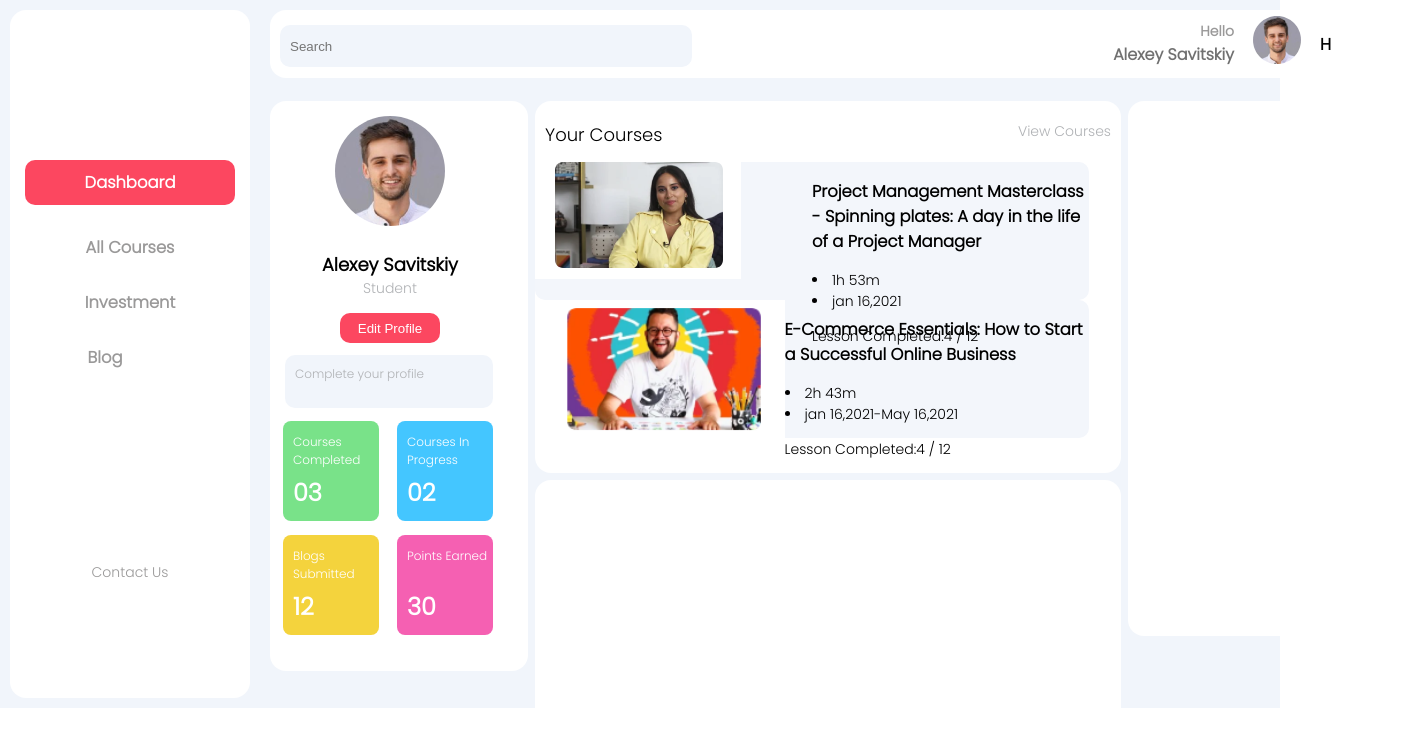
Repository: Anuruddha00/dashboard-design
Page: /
The author's editor kept a copy of each file at every save. The page is drawn from the files as they stood at one save, then again after the next save.
The browser window is 1280 px wide. The page is 1421 px wide, so the pictures cover 1421 px, including what lies to the right of the window. The pictures show the whole page.
The project was rebuilt for these pictures with package versions that can differ from the ones it lists, and the page was loaded fresh each time.

Above is the page before, as saved 2021-05-07 20:11:28.

### public/index.html
<!DOCTYPE html>
<html lang="en">
  <head>
    <meta charset="utf-8" />
    <link rel="icon" href="%PUBLIC_URL%/favicon.ico" />
    <meta name="viewport" content="width=device-width, initial-scale=1" />
    <meta name="theme-color" content="#000000" />
    <meta
      name="description"
      content="Web site created using create-react-app"
    />
    <link rel="apple-touch-icon" href="%PUBLIC_URL%/logo192.png" />

    <link rel="preconnect" href="https://fonts.gstatic.com">
    <link href="https://fonts.googleapis.com/css2?family=Poppins:wght@300&display=swap" rel="stylesheet">

    <!--
      manifest.json provides metadata used when your web app is installed on a
      user's mobile device or desktop. See https://developers.google.com/web/fundamentals/web-app-manifest/
    -->
    <link rel="manifest" href="%PUBLIC_URL%/manifest.json" />
    <!--
      Notice the use of %PUBLIC_URL% in the tags above.
      It will be replaced with the URL of the `public` folder during the build.
      Only files inside the `public` folder can be referenced from the HTML.

      Unlike "/favicon.ico" or "favicon.ico", "%PUBLIC_URL%/favicon.ico" will
      work correctly both with client-side routing and a non-root public URL.
      Learn how to configure a non-root public URL by running `npm run build`.
    -->
    <title>React App</title>
  </head>
  <body>
    <noscript>You need to enable JavaScript to run this app.</noscript>
    <div id="root"></div>
    <!--
      This HTML file is a template.
      If you open it directly in the browser, you will see an empty page.

      You can add webfonts, meta tags, or analytics to this file.
      The build step will place the bundled scripts into the <body> tag.

      To begin the development, run `npm start` or `yarn start`.
      To create a production bundle, use `npm run build` or `yarn build`.
    -->
  </body>
</html>

### src/index.js
import React from 'react';
import ReactDOM from 'react-dom';
import Dashboard from './containers/Dashboard/Dashboard';
import reportWebVitals from './reportWebVitals';

ReactDOM.render(
  <React.StrictMode>
    <Dashboard />
  </React.StrictMode>,
  document.getElementById('root')
);

// If you want to start measuring performance in your app, pass a function
// to log results (for example: reportWebVitals(console.log))
// or send to an analytics endpoint. Learn more: https://bit.ly/CRA-vitals
reportWebVitals();

### src/containers/Dashboard/Dashboard.js
import React from 'react';
import './Dashboard.scss';

const dashboard = () =>{

    return(
        <div className='container'>
            <div className='dashboard'>
                <div className='dashboardSideBar'>
                   <div className='dashboardSideBarTitle'>
                        <h3 className='dashboardSideBarTitleDashboard'>Dashboard</h3>
                        <h3 className='dashboardSideBarTitleCourses'>All Courses</h3>
                        <h3 className='dashboardSideBarTitleInvestment'>Investment</h3>
                        <h3 className='dashboardSideBarTitleBlog'>Blog</h3>
                   </div>
                   <div className='dashboardSideBarContact'>
                        <p>Contact Us</p>
                   </div>
                </div>
                <div className='dashboardMenu'>
                    <section className='content'>
                        <nav className='contentNavbar'>
                            <div className='contentNavbarSearch'>
                                <form>
                                    <input type='text' placeholder='Search'/>
                                </form>
                            </div>
                            <div className='contentNavbarProfile'>
                                <div className='contentNavbarProfileName'>
                                    <h3>Hello</h3>
                                    <h2>Alexey Savitskiy</h2>
                                </div>
                                <img src='./assets/Image 9.png'/>
                                <h1>H</h1>
                            </div>
                        </nav>

                        <div className='contentBody'>
                            <section className='details'>
                                <div className='detailsAbout'>
                                    <div className='detailsAboutProfile'>
                                        <img src='./assets/Image 12.png'/>
                                        <h3>Alexey Savitskiy</h3>
                                        <p>Student</p>
                                        <button>Edit Profile</button>
                                    </div>
                                    <div className='detailsAboutComplete'>
                                        <p>Complete your profile</p>
                                    </div>
                                    <div className='detailsAboutProgress'>
                                        <div className='detailsAboutProgressCompleted'>
                                            <p>Courses Completed</p>
                                            <h1>03</h1>
                                        </div>
                                        <div className='detailsAboutProgressContinue'>
                                            <p>Courses In Progress</p>
                                            <h1>02</h1>
                                        </div>
                                        <div className='detailsAboutProgressBlogs'>
                                            <p>Blogs Submitted</p>
                                            <h1>12</h1>
                                        </div>
                                        <div className='detailsAboutProgressPoints'>
                                            <p>Points Earned</p>
                                            <h1>30</h1>
                                        </div>
                                    </div>
                                </div>
                            </section>

                            <section className='view'>
                                <section className='courses'>
                                    <nav className='coursesNavbar'>
                                      <li className='coursesNavbarTitle'>Your Courses</li>
                                      <li className='coursesNavbarView'>View Courses</li>
                                    </nav>
                                    <div className='coursesList'>
                                        <div className='coursesListManagement'>
                                            <img src='./assets/Image 15.png'/>
                                            <div className='coursesListManagementDescription'>
                                                <h3>Project Management Masterclass - Spinning plates: A day in the life of a Project Manager</h3>
                                                <div>
                                                    <li>1h 53m</li>
                                                    <li>jan 16,2021</li>
                                                </div>
                                                <p>Lesson Completed:4 / 12</p>
                                            </div>
                                        </div>
                                        <div className='coursesListBusiness'>
                                            <img src='./assets/Image 16.png'/>
                                            <div className='coursesListBusinessDescription'>
                                                <h3>E-Commerce Essentials: How to Start a Successful Online Business</h3>
                                                <div>
                                                    <li>2h 43m</li>
                                                    <li>jan 16,2021-May 16,2021</li>
                                                </div>
                                                <p>Lesson Completed:4 / 12</p>
                                            </div>
                                        </div>
                                    </div>
                                </section>
                                <section className='blog'>

                                </section>
                            </section>

                            <section className='notification'>
                                <div className='notificationBar'>

                                </div>
                            </section>
                        </div>
                   </section>
                </div>
            </div>
        </div>
    )

}
export default dashboard;

### src/containers/Dashboard/Dashboard.scss

body{
    margin: 0;
    padding: 0;
    font-size: 0.875rem;
    font-family: 'Poppins', sans-serif;

}

.container{
    background: #f1f5fb;
    height: 100%;
    width: 100%;

    .dashboard{
        display: grid;
        grid-template-columns: 1fr 1fr;

        &SideBar{
            grid-column: 1;
            grid-row: 1 / 6;
            border-radius: 16px;
            background: #ffffff;
            margin: 10px;
            height: 688px;
            width: 240px;

            &Title{
                margin-top: 150px;
                font-size: 14px;

                &Dashboard{
                    background:#fc4760;
                    border-radius: 10px;
                    text-align: center;
                    padding: 10px 10px 10px 10px;
                    margin: 10px 15px 10px 15px;
                    color: #ffffff;

                }
                &Courses{
                    text-align: center;
                    margin-top: 30px;
                    color: #9a9999;
                }
                &Investment{
                    text-align: center;
                    margin-top: 30px;
                    color: #9a9999;
                }
                &Blog{
                    text-align: center;
                    margin-top: 30px;
                    margin-right: 50px;
                    color: #9a9999;
                }
            }
            &Contact{
                margin-top: 80%;

                p{
                    text-align: center;
                    color: #9a9999;
                    font-size: 14px;
                }

            }
        }
        &Menu{
            grid-column: 2;
            grid-row: 1 / 6;
            margin: 10px;

            .content{
                display: grid;
                grid-template-rows:1fr 7fr ;
                gap:10px;

                &Navbar{
                    display: flex;
                    justify-content: space-between;
                    background: #ffffff;
                    border-radius: 16px;
                    height: 68px;
                    width: 1151px;

                    &Search{

                        input{
                            background: #f1f5fb;
                            border-style: none;
                            padding-left: 10px;
                            width: 400px;
                            height: 40px;
                            margin: 15px 0 0 10px;
                            border-radius: 10px;

                        }
                    }
                    &Profile{
                        display: flex;
                        flex-direction: row;
                        gap: 1em;
                        margin-right: 90px;
                        align-items: center;
                        height: 68px;

                        &Name{
                            text-align: end;
                            margin-top: 0;

                            h3{
                                color: #9a9999;
                                margin: 0;
                                font-size: 14px;
                            }
                            h2{
                                margin: 0;
                                font-size: 16px;
                                color: #707070;
                            }
                        }
                    }
                }
                &Body{
                    display: grid;
                    grid-template-columns: 1fr 1fr 1fr;
                    position: relative;

                    .details{
                        border-radius: 16px;
                        background: #ffffff;


                        &About{
                            height:555px;
                            width: 240px;

                            &Profile{
                                text-align: center;
                                margin-top: 15px;


                                h3{
                                    font-size: 18px;
                                    margin: 0;
                                }
                                p{
                                    color: #b0b2b5;
                                    margin-top: 0;
                                }
                                button{
                                    border-style: none;
                                    border-radius: 10px;
                                    width: 100px;
                                    height: 30px;
                                    color: #ffffff;
                                    background: #fc4760;

                                }
                            }
                            &Complete{
                                background: #f1f5fb;
                                border-radius: 10px;
                                color: #b0b2b5;
                                height: 53px;
                                width: 208px;
                                font-size: 12px;
                                margin-left: 15px;

                                p{
                                    padding-left: 10px;
                                    padding-top: 10px;
                                }
                            }
                            &Progress{
                                display: grid;
                                grid-template-columns: 1fr 1fr;
                                margin: 13px;
                                gap: 1em;
                                color: #ffffff;

                                p{
                                    font-size: 12px;
                                    padding-left: 10px;
                                }


                                &Completed{
                                    background: #79e289;
                                    border-radius: 8px;
                                    width: 96px;
                                    height: 100px;
                                    position: relative;

                                    h1{
                                        font-size: 24px;
                                        position: absolute;
                                        left: 10px;
                                        top: 30px;
                                    }

                                }
                                &Continue{
                                    background:  #44c6ff;
                                    border-radius: 8px;
                                    width: 96px;
                                    height: 100px;
                                    position: relative;

                                    h1{
                                        font-size: 24px;
                                        position: absolute;
                                        left: 10px;
                                        top: 30px;
                                    }

                                }
                                &Blogs{
                                    background:  #f4d33d;
                                    border-radius: 8px;
                                    width: 96px;
                                    height: 100px;
                                    position: relative;

                                    h1{
                                        font-size: 24px;
                                        position: absolute;
                                        left: 10px;
                                        top: 30px;
                                    }
                                }
                                &Points{
                                    background: #f560b2;
                                    border-radius: 8px;
                                    width: 96px;
                                    height: 100px;
                                    position: relative;

                                    h1{
                                        font-size: 24px;
                                        position: absolute;
                                        left: 10px;
                                        top: 30px;
                                    }
                                }
                            }
                        }
                    }
                    .view{
                        margin-left: 7px;

                        .courses{
                            width: 586px;
                            height: 372px;
                            border-radius: 16px;
                            background: #ffffff;
                            position: relative;

                            &Navbar{
                                list-style: none;
                                display: flex;
                                justify-content: space-between;

                                &Title{
                                    font-size: 18px;
                                    font-weight: 500px;
                                    padding: 20px 0 0 10px;
                                }
                                &View{
                                    color: #b0b2b5;
                                    font-size: 14px;
                                    padding: 20px 10px;
                                }
                            }
                            &List{


                                &Management{
                                    background: #f3f6fb;
                                    border-radius: 10px;
                                    width: 554px;
                                    height: 138px;
                                    display: grid;
                                    grid-template-columns: 1fr 1fr;
                                    position: relative;

                                    img{

                                    }

                                    &Description{


                                    }
                                }
                                &Business{
                                    background: #f3f6fb;
                                    border-radius: 10px;
                                    width: 554px;
                                    height: 138px;
                                    display: flex;
                                }
                            }

                        }

                        .blog{
                            width: 586px;
                            height: 272px;
                            border-radius: 16px;
                            background: #ffffff;
                            margin-top: 7px;
                            position: absolute;

                        }
                    }
                    .notification{
                        margin-left: 7px;

                        &Bar{
                            background: #ffffff;
                            width: 293px;
                            height: 535px;
                            border-radius: 16px;
                        }
                    }
                }
            }
        }
    }
}

Loaded but not shown: src/reportWebVitals.js (common file)

After the next save:
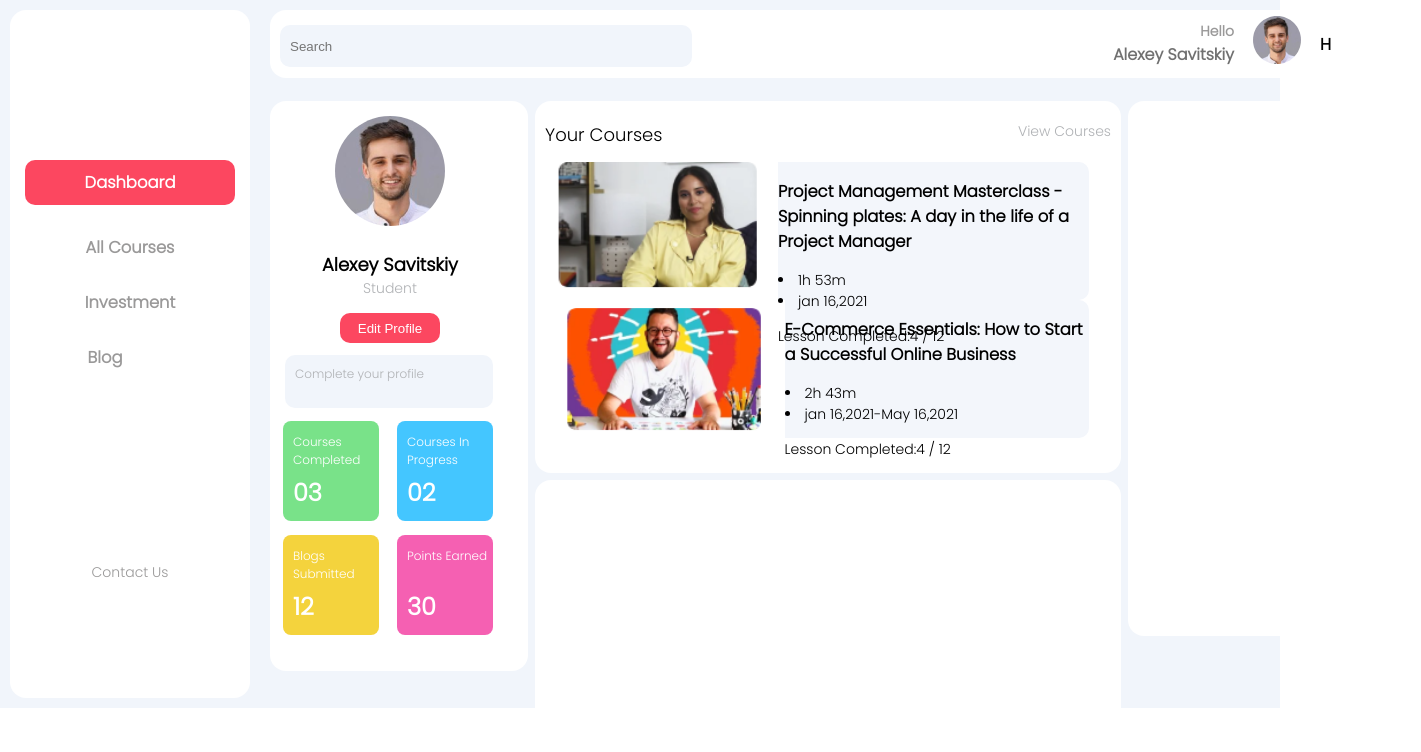
Saved 28 s later.
--- a/src/containers/Dashboard/Dashboard.scss
+++ b/src/containers/Dashboard/Dashboard.scss
@@ -281,8 +281,8 @@ body{
                                     border-radius: 10px;
                                     width: 554px;
                                     height: 138px;
-                                    display: grid;
-                                    grid-template-columns: 1fr 1fr;
+                                    display: flex;
+                                    flex-direction: row;
                                     position: relative;
 
                                     img{
